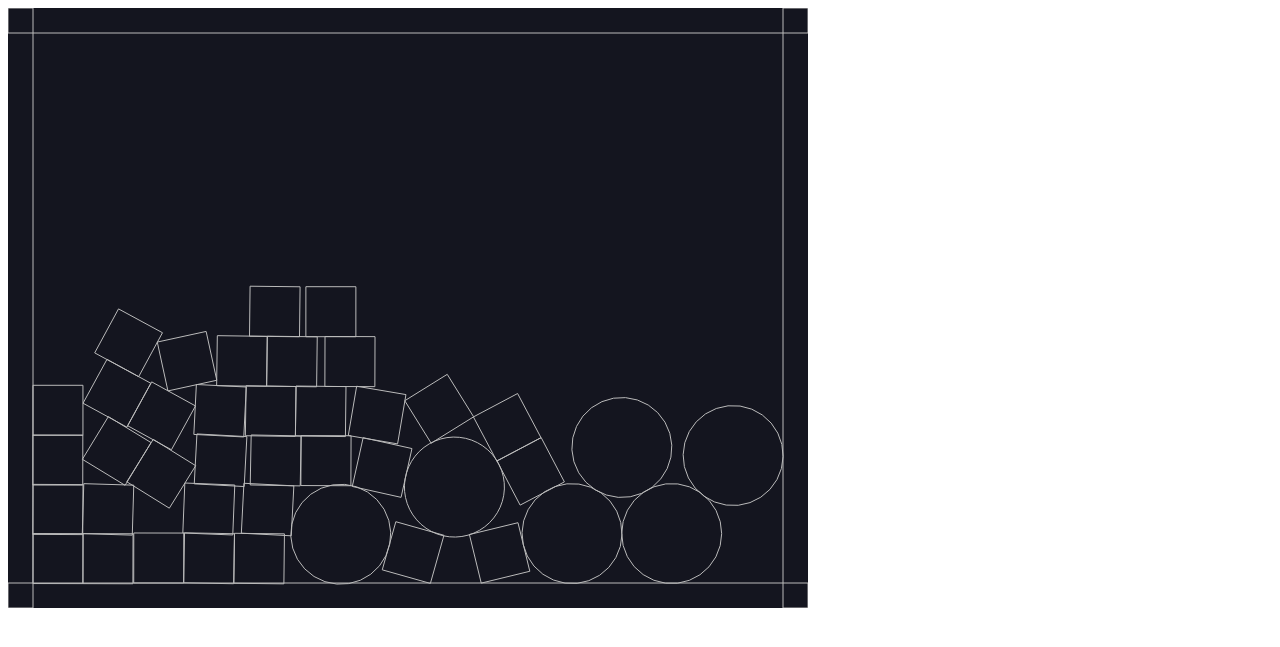
Repository: Sbethm/maze-runner
Page: index.html
These files come from the project's save history. The page is drawn as it stood at one moment and after the next save; the edit follows.
The browser window is 1280 px wide. The pictures show the whole page.
Some web libraries are served in a nearby version.

Above is the page before, as saved 2021-10-01 16:20:53.

### index.html
<!DOCTYPE html>
<html lang="en">
<head>
    <meta charset="UTF-8">
    <meta http-equiv="X-UA-Compatible" content="IE=edge">
    <meta name="viewport" content="width=device-width, initial-scale=1.0">
    <script src="https://cdnjs.cloudflare.com/ajax/libs/matter-js/0.17.1/matter.min.js"></script>
    <title>Maze Runner</title>
</head>
<body>

    <script src="app.js"></script>
</body>
</html>

### app.js
const { Engine, World, Runner, Render, Bodies, MouseConstraint, Mouse} = Matter;

const width = 800

const engine = Engine.create();
const {world} = engine;
const render = Render.create({
    element: document.body,
    engine: engine,
    options: {
        width: 800,
        height: 600
    }
});
Render.run(render);
Runner.run(Runner.create(), engine);

World.add(world, MouseConstraint.create(engine, {
    mouse: Mouse.create(render.canvas)
}));

//====== Random Shapes
for(let i = 0; i < 20; i++) {
    World.add(world, Bodies.rectangle(200, 200, 50, 50));
}

const shape = [
    Bodies.rectangle(50, 200, 50, 50),
    Bodies.rectangle(100, 200, 50, 50),
    Bodies.rectangle(120, 200, 50, 50),
    Bodies.rectangle(630, 200, 50, 50),
    Bodies.rectangle(200, 200, 50, 50),
    Bodies.rectangle(200, 200, 50, 50),
    Bodies.rectangle(200, 200, 50, 50),
    Bodies.rectangle(200, 200, 50, 50),
    Bodies.rectangle(630, 200, 50, 50),
    Bodies.rectangle(630, 200, 50, 50),
    Bodies.rectangle(200, 200, 50, 50),
    Bodies.rectangle(430, 200, 50, 50),
    Bodies.rectangle(430, 200, 50, 50),
    Bodies.rectangle(430, 200, 50, 50),
    Bodies.rectangle(430, 200, 50, 50),

    Bodies.circle(633, 200, 50, 50),
    Bodies.circle(633, 200, 50, 50),
    Bodies.circle(633, 200, 50, 50),
    Bodies.circle(750, 200, 50, 50),
    Bodies.circle(450, 200, 50, 50),


    Bodies.polygon(630, 200, 50, 50, 50)
]

//====== Walls
const walls = [
    Bodies.rectangle(400, 0, 800, 50, {isStatic: true}),
    Bodies.rectangle(800, 300, 50, 600, {isStatic: true}),
    Bodies.rectangle(400, 600, 800, 50, {isStatic: true}),
    Bodies.rectangle(0, 300, 50, 600, {isStatic: true})
];


World.add(world, shape);
World.add(world, walls);

After the next save:
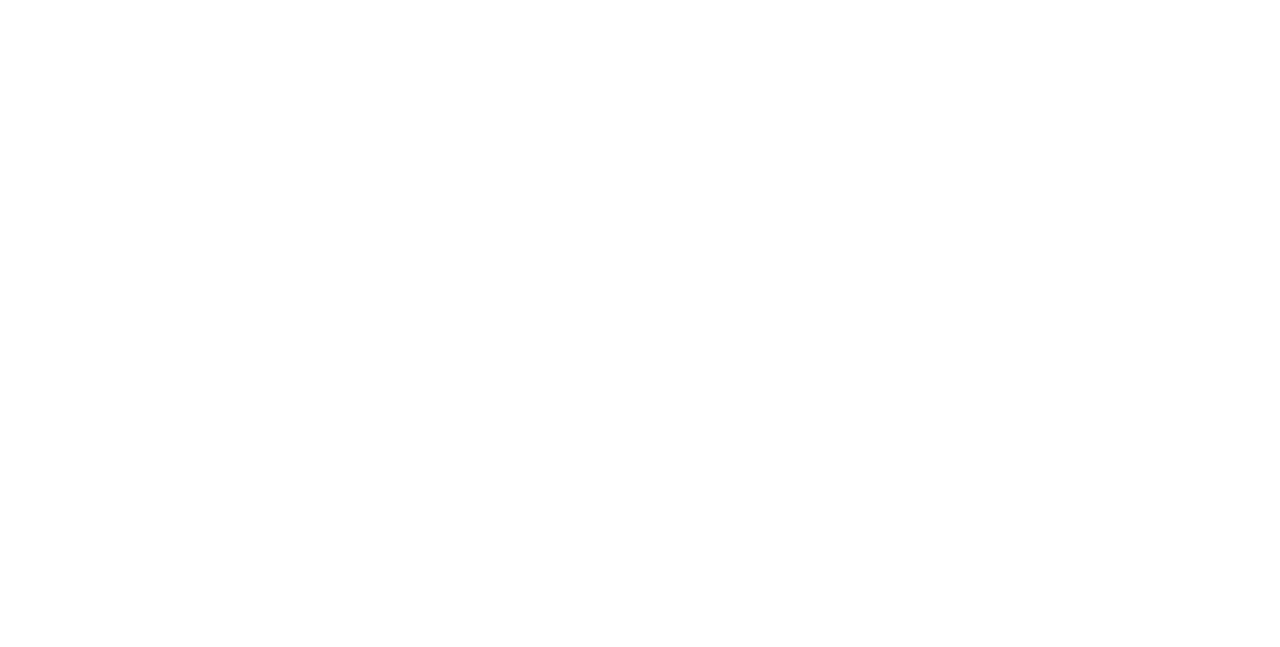
Console error: SyntaxError: Unexpected token ':'
Saved 7 s later.
--- a/app.js
+++ b/app.js
@@ -1,6 +1,7 @@
 const { Engine, World, Runner, Render, Bodies, MouseConstraint, Mouse} = Matter;
 
-const width = 800
+const width = 800:
+const height =
 
 const engine = Engine.create();
 const {world} = engine;

After the 3 saves that followed:
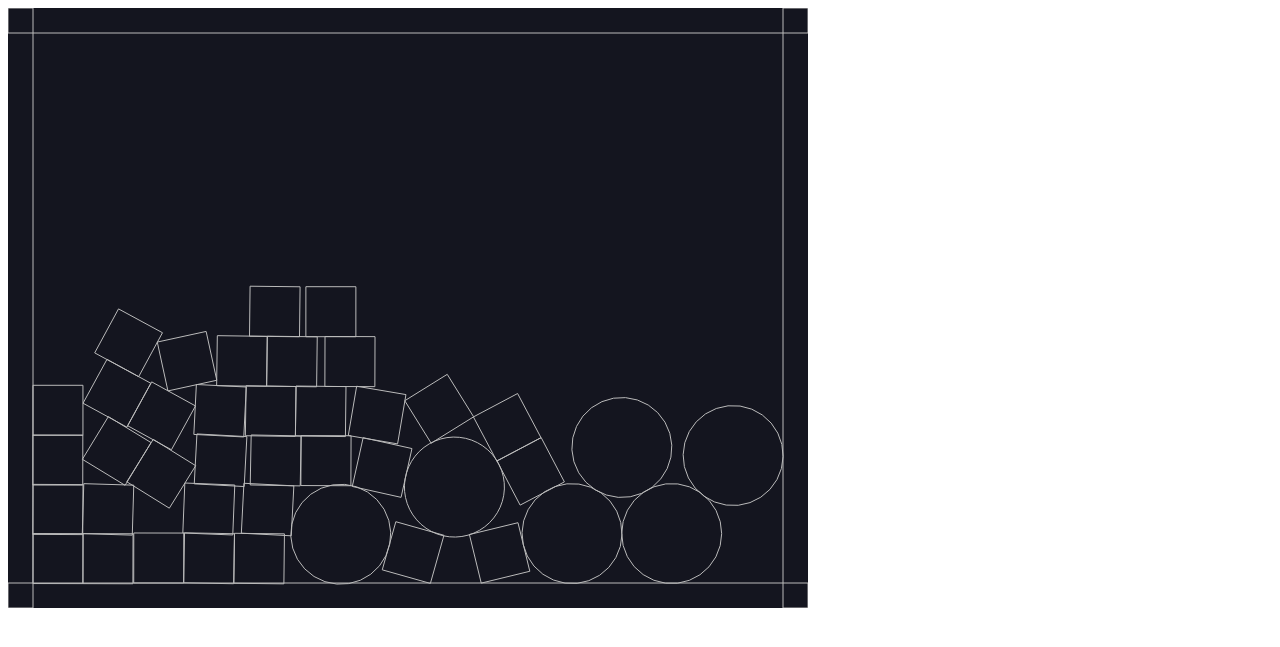
The error is gone.
The 3 saves are shown as one change because they came seconds apart.
The last was saved 10 s later.
--- a/app.js
+++ b/app.js
@@ -1,7 +1,7 @@
 const { Engine, World, Runner, Render, Bodies, MouseConstraint, Mouse} = Matter;
 
-const width = 800:
-const height =
+const width = 800;
+const height = 600;
 
 const engine = Engine.create();
 const {world} = engine;
@@ -9,8 +9,8 @@
     element: document.body,
     engine: engine,
     options: {
-        width: 800,
-        height: 600
+        width,
+        height
     }
 });
 Render.run(render);
